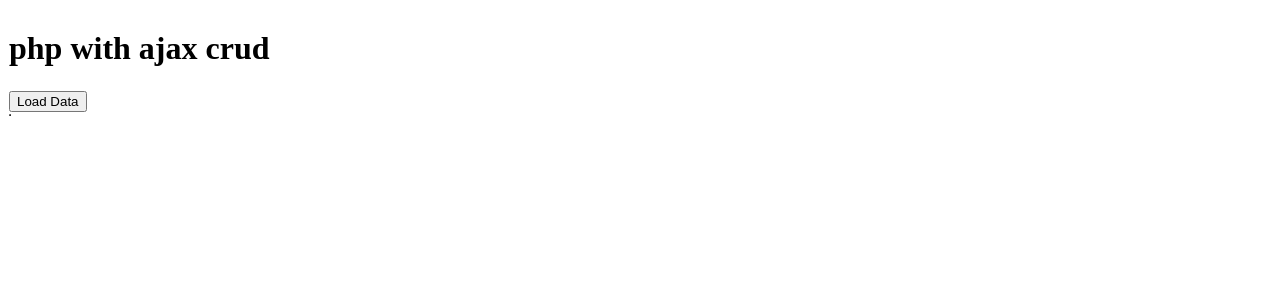
Repository: Tauqeer124/newrepo
Page: http://localhost/showdata.php
The author's editor kept a copy of each file at every save. The page is drawn from the files as they stood at one save, then again after a run of saves.
The browser window is 1280 px wide. The pictures show the whole page.
The page is run by PHP 8.4 with error messages shown; the project is at /var/www/html/.

Above is the page before, as saved 2023-04-28 11:50:29.

After the next 4 saves:
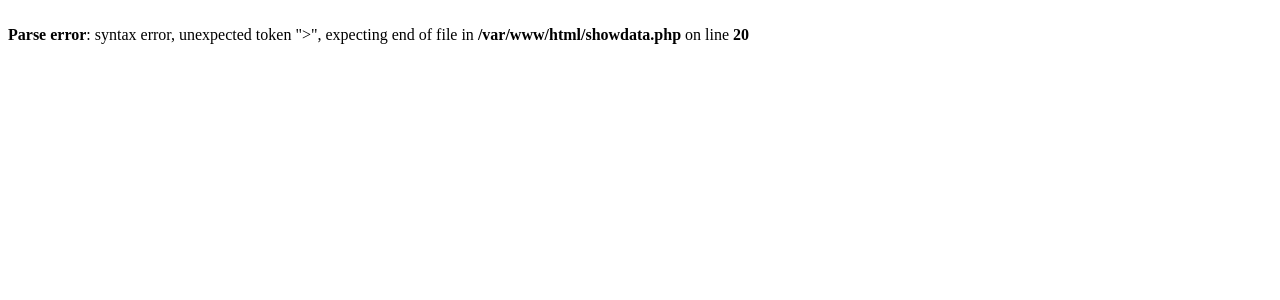
The 4 saves are shown as one change because they came seconds apart.
The last was saved 32 s later.
--- a/showdata.php
+++ b/showdata.php
@@ -17,7 +17,7 @@
             </tr>
             <tr>
                 <td id="table-data">
-                    <table border="1" cellspacing="0" >
+                    <table border="1" cellspacing="0" cellpading<?php >
 
                     </table>
                 </td>

After the 5 saves that followed:
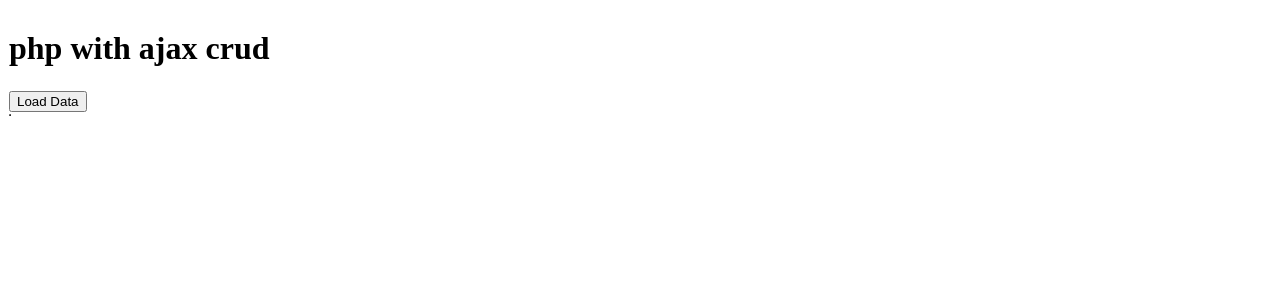
The 5 saves are shown as one change because they came seconds apart.
The last was saved 14 s later.
--- a/showdata.php
+++ b/showdata.php
@@ -17,7 +17,7 @@
             </tr>
             <tr>
                 <td id="table-data">
-                    <table border="1" cellspacing="0" cellpading<?php >
+                    <table border="1" cellspacing="0" cellpading="10px"  >
 
                     </table>
                 </td>
